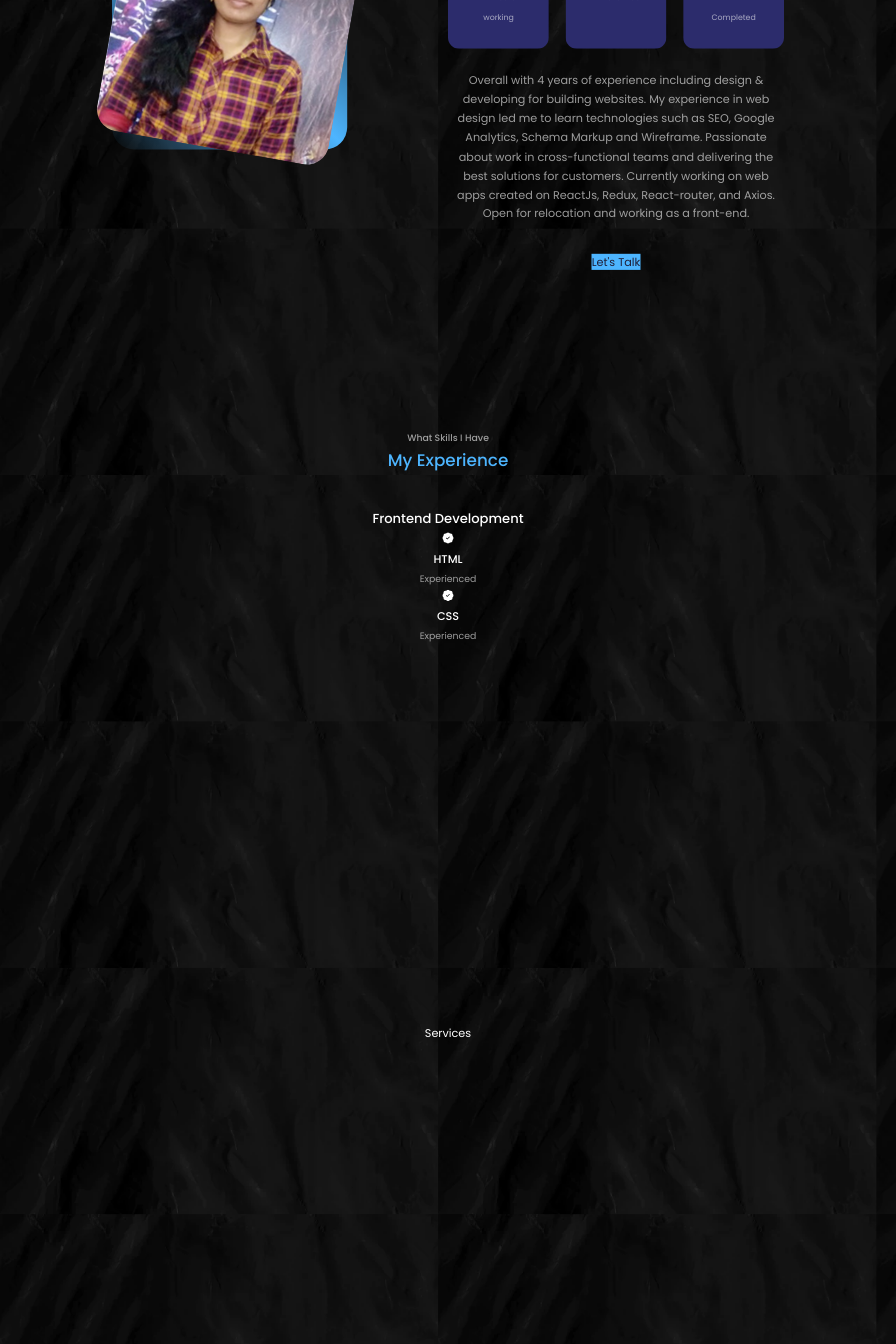
Repository: mayuri2018/Mr_react_portfolio
Page: /
These files come from the project's save history. The page is drawn as it stood at one moment and after the next save; the edit follows.
The browser window is 1280 px wide. The pictures show the part of the page from y = 1082 to 3002 px (the page is 5835 px tall), at 70% of full size.
The project was rebuilt for these pictures with package versions that can differ from the ones it lists, and the page was loaded fresh each time. Also part of the build but not shown: src/components/experience/experience.css, src/components/services/services.css, src/components/portfolio/portfolio.css, src/components/testimonials/testimonials.css, src/components/contact/contact.css, src/components/footer/footer.css.

Above is the page before, as saved 2023-01-25 13:59:21.

After the next save:
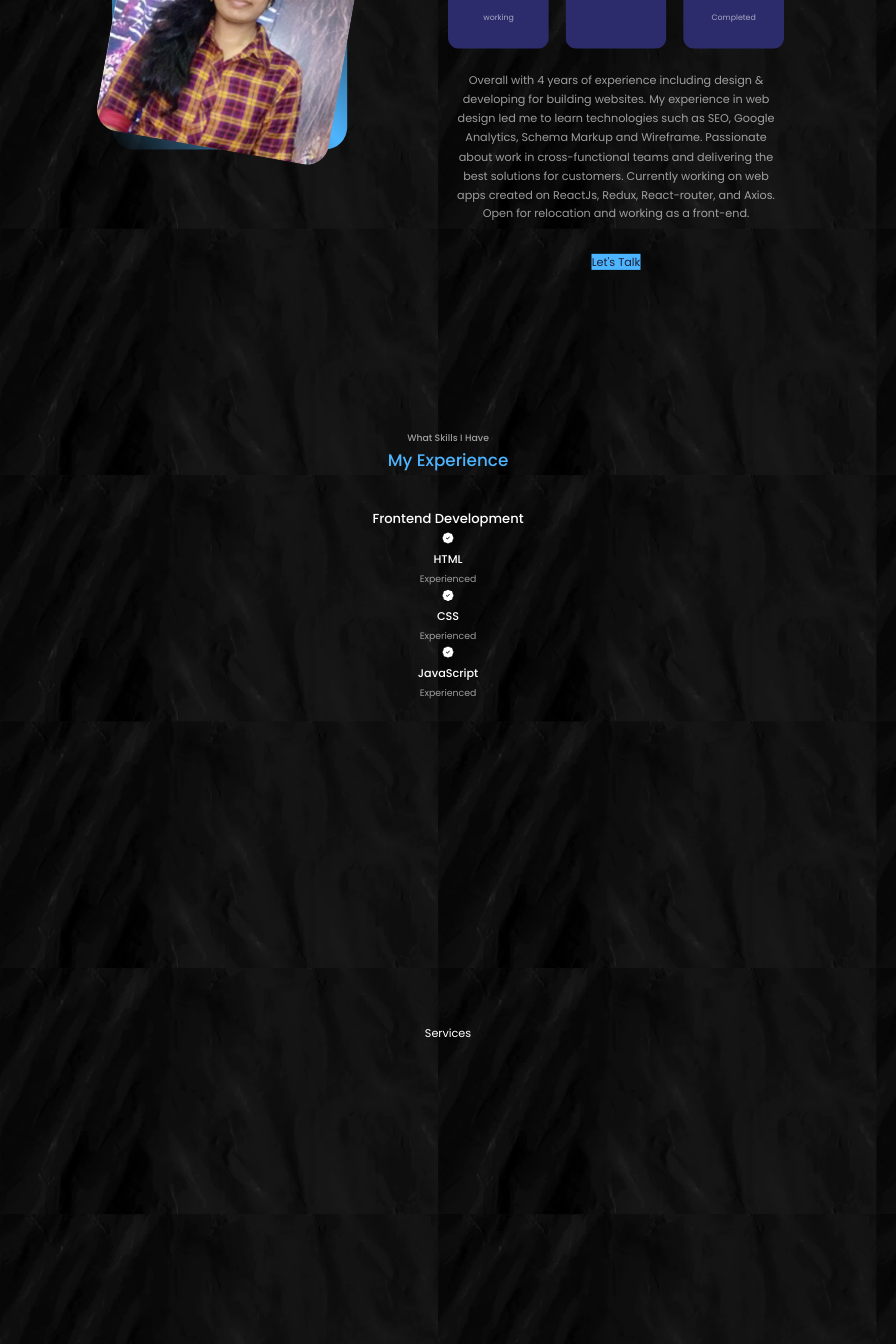
Saved 20 s later.
--- a/src/components/experience/Experience.jsx
+++ b/src/components/experience/Experience.jsx
@@ -23,6 +23,12 @@
                             <h4>CSS</h4>
                             <small className="text-light">Experienced</small>
                         </article>
+
+                        <article className="experience_details">
+                            <BsPatchCheckFill/>
+                            <h4>JavaScript</h4>
+                            <small className="text-light">Experienced</small>
+                        </article>
                     </div>
                 </div>
 
